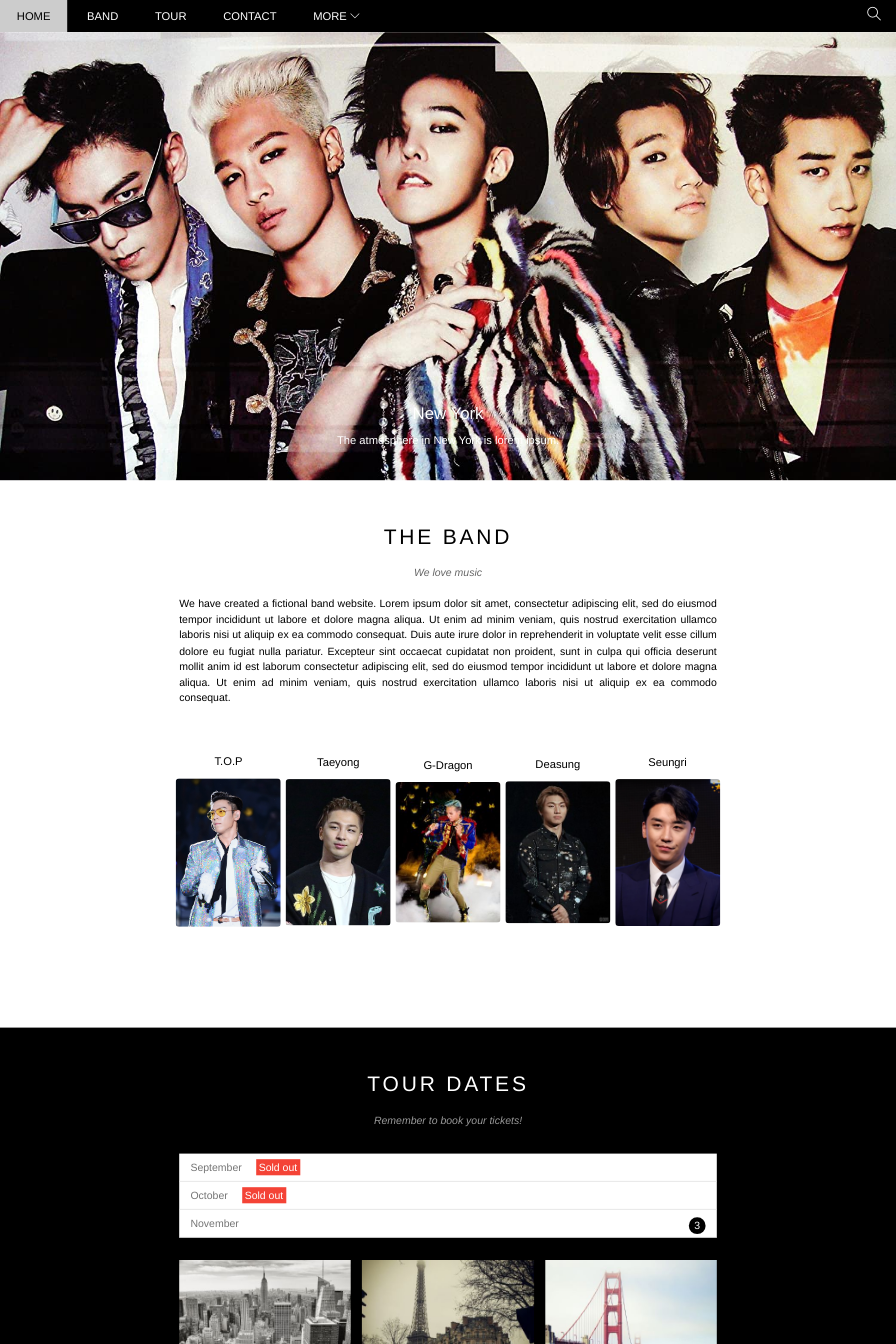
Repository: ThinhTran2k/BigBang-Band-Website
Page: index.html
These files come from the project's save history. The page is drawn as it stood at one moment and after the next save; the edit follows.
The browser window is 1280 px wide. The pictures show the part of the page from y = 0 to 1920 px (the page is 3651 px tall), at 70% of full size.

Above is the page before, as saved 2021-03-15 15:42:38.

After the next save:
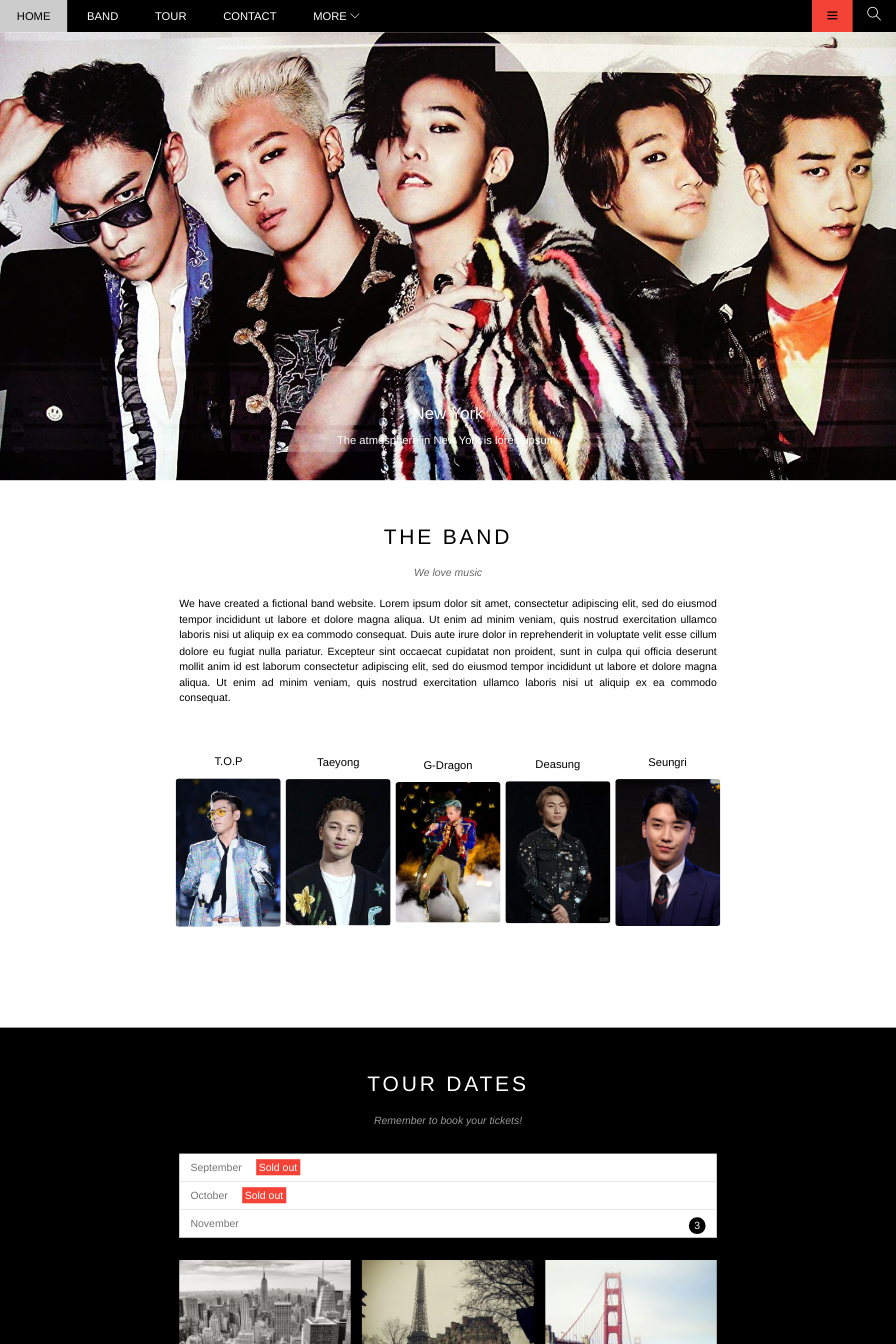
Saved 5 s later.
--- a/index.html
+++ b/index.html
@@ -38,7 +38,7 @@
             </div>
 
             <div class="mobi-menu-responsive">
-                <i class="menti-menu"></i>
+                <i class="menu-icon ti-menu"></i>
             </div>
         </div>
 
